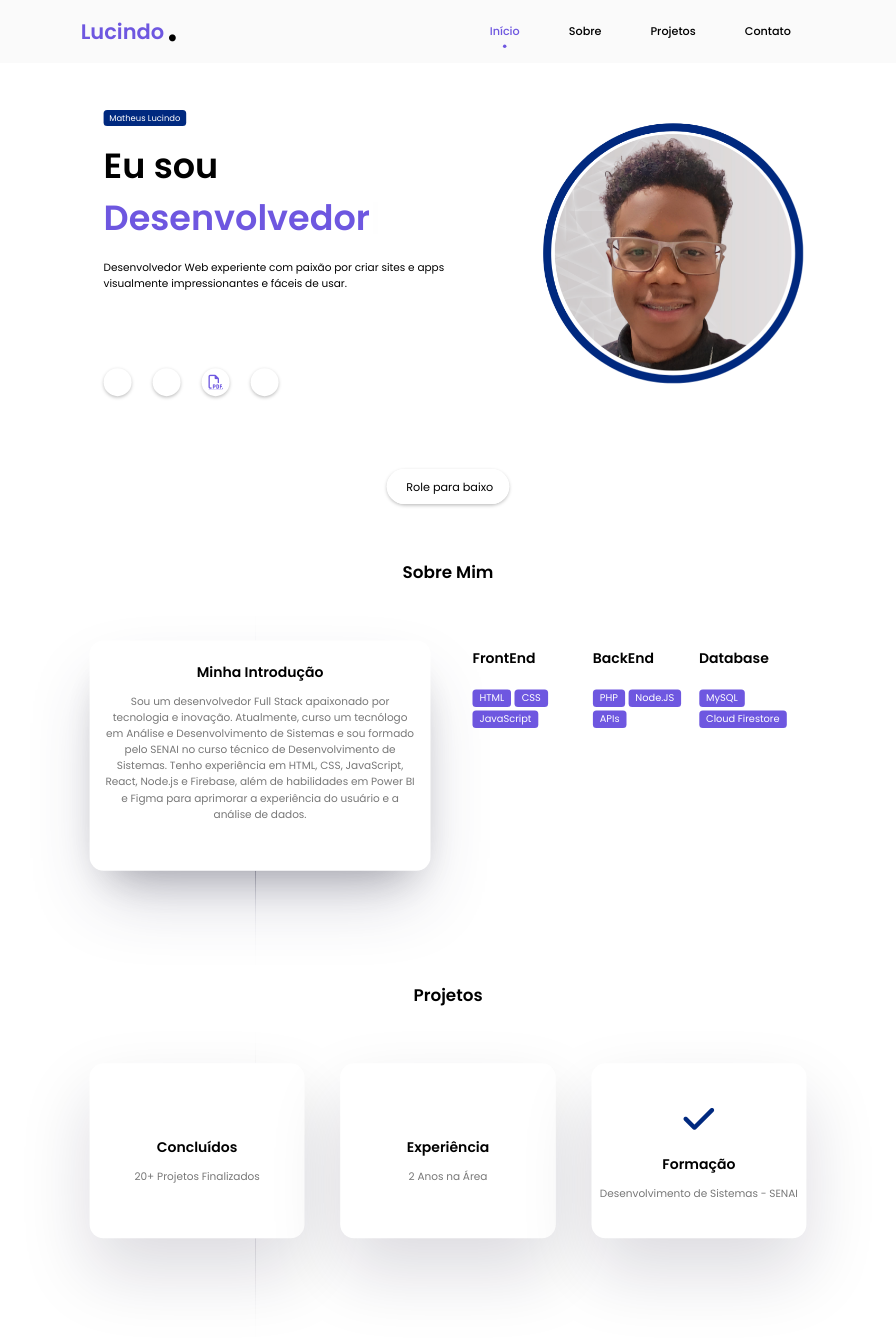
Repository: Matheus904-12/Potif-lioPremium
Page: index.html
The author's editor kept a copy of each file at every save. The page is drawn from the files as they stood at one save, then again after a run of saves.
The browser window is 1280 px wide. The pictures show the part of the page from y = 0 to 1920 px (the page is 2849 px tall), at 70% of full size.
Some icons come from a web library that is not loaded, so they are not drawn. Some web libraries are served in a nearby version.

Above is the page before, as saved 2025-02-02 14:33:49.

### index.html
<!DOCTYPE html>
<html lang="pt-br">

<head>
    <meta charset="UTF-8">
    <meta name="viewport" content="width=device-width, initial-scale=1.0">

    <!-- UNICONS -->
    <link rel="stylesheet" href="https://unicons.iconscout.com/release/v4.0.8/css/line.css">
    <!-- CSS -->
    <link rel="stylesheet" href="/CSS/style.css">
    <!-- Add favicon -->
    <link rel="shortcut icon" href="IMAGE/eu4.png" type="image/x-icon">
    <link rel='stylesheet' href='https://cdn-uicons.flaticon.com/2.6.0/uicons-bold-rounded/css/uicons-bold-rounded.css'>
    <script src="https://kit.fontawesome.com/fd29053194.js" crossorigin="anonymous"></script>

    <title>Portfolio | Matheus Lucindo</title>
</head>

<body>
    <div class="container">
        <!-- --------------- CABEÇALHO --------------- -->
        <nav id="header">
            <div class="nav-logo">
                <p class="nav-name">Lucindo</p>
                <span>.</span>
            </div>
            <div class="nav-menu" id="myNavMenu">
                <ul class="nav_menu_list">
                    <li class="nav_list">
                        <a href="#home" class="nav-link active-link">Início</a>
                        <div class="circle"></div>
                    </li>
                    <li class="nav_list">
                        <a href="#about" class="nav-link">Sobre</a>
                        <div class="circle"></div>
                    </li>
                    <li class="nav_list">
                        <a href="#projects" class="nav-link">Projetos</a>
                        <div class="circle"></div>
                    </li>
                    <li class="nav_list">
                        <a href="#contact" class="nav-link">Contato</a>
                        <div class="circle"></div>
                    </li>
                </ul>
            </div>
            <div class="nav-menu-btn">
                <i class="fi fi-br-bars-staggered" onclick="myMenuFunction()"></i>
            </div>
        </nav>


        <!-- -------------- PRINCIPAL ---------------- -->
        <main class="wrapper">
            <!-- -------------- DESTAQUE ---------------- -->
            <section class="featured-box" id="home">
                <div class="featured-text">
                    <div class="featured-text-card">
                        <span>Matheus Lucindo</span>
                    </div>
                    <div class="featured-name">
                        <p>Eu sou <span class="typedText"></span></p>
                    </div>
                    <div class="featured-text-info">
                        <p>Desenvolvedor Web experiente com paixão por criar sites e apps visualmente
                            impressionantes e fáceis de usar.
                        </p>
                    </div>
                    <div class="social_icons">
                        <a href="https://www.instagram.com/matheus_lucindo/" target="_blank" class="icon"><i
                                class="uil uil-instagram"></i></a>
                        <a href="https://www.linkedin.com/in/matheus-lucindo-b35b68190/" target="_blank" class="icon"><i
                                class="uil uil-linkedin-alt"></i></a>
                        <a href="/PDF/CV de Matheus Lucindo dos Santos.pdf"
                            download="Currículo de Matheus Lucindo dos Santos.pdf" class="icon"
                            title="Baixar Currículo">
                            <i class="fa-regular fa-file-pdf" style="color: #6e57e0;"></i></a>
                        <a href="https://github.com/Matheus904-12" target="_blank" class="icon"><i
                                class="uil uil-github-alt"></i></a>

                    </div>
                </div>
                <div class="featured-image">
                    <div class="image">
                        <img src="/IMAGE/eu.png" alt="avatar">
                    </div>
                </div>
                <div class="scroll-icon-box">
                    <a href="#about" class="scroll-btn">
                        <i class="uil uil-mouse-alt"></i>
                        <p>Role para baixo</p>
                    </a>
                </div>

            </section>
            <!-- -------------- SOBRE ---------------- -->
            <section class="section" id="about">
                <div class="top-header">
                    <h1>Sobre Mim</h1>
                </div>
                <div class="row">
                    <div class="col">
                        <div class="about-info">
                            <h3>Minha Introdução</h3>
                            <p>
                            <p>Sou um desenvolvedor Full Stack apaixonado por tecnologia e inovação. Atualmente, curso
                                um tecnólogo em Análise e Desenvolvimento de Sistemas e sou formado pelo SENAI no curso
                                técnico de Desenvolvimento de Sistemas. Tenho experiência em HTML, CSS, JavaScript,
                                React, Node.js e Firebase, além de habilidades em Power BI e Figma para aprimorar a
                                experiência do usuário e a análise de dados.</p>
                            </p>

                        </div>
                    </div>
                    <div class="col">
                        <div class="skills-box">
                            <div class="skills-header">
                                <h3>FrontEnd</h3>
                            </div>
                            <div class="skills-list">
                                <span>HTML</span>
                                <span>CSS</span>
                                <span>JavaScript</span>
                            </div>
                        </div>
                        <div class="skills-box">
                            <div class="skills-header">
                                <h3>BackEnd</h3>
                            </div>
                            <div class="skills-list">
                                <span>PHP</span>
                                <span>Node.JS</span>
                                <span>APIs</span>
                            </div>
                        </div>
                        <div class="skills-box">
                            <div class="skills-header">
                                <h3>Database</h3>
                            </div>
                            <div class="skills-list">
                                <span>MySQL</span>
                                <span>Cloud Firestore</span>
                            </div>
                        </div>
                    </div>
                </div>
            </section>

            <!-- -------------- PROJETOS ---------------- -->

            <section class="section" id="projects">
                <div class="top-header">
                    <h1>Projetos</h1>
                </div>
                <div class="project-container">
                    <div class="project-box">
                        <i class="uil uil-briefcase-alt"></i>
                        <h3>Concluídos</h3>
                        <label>20+ Projetos Finalizados</label>
                    </div>
                    <div class="project-box">
                        <i class="uil uil-award"></i>
                        <h3>Experiência</h3>
                        <label>2 Anos na Área</label>
                    </div>
                    <div class="project-box">
                        <i class="fa-solid fa-check"></i>
                        <h3>Formação</h3>
                        <label>Desenvolvimento de Sistemas - SENAI</label>
                    </div>
                </div>
            </section>

            <!-- -------------- CONTATO ---------------- -->

            <section class="section" id="contact">
                <div class="top-header">
                    <h1>Fale Comigo</h1>
                    <span>Tem um projeto em mente? Entre em contato comigo aqui</span>
                </div>
                <div class="row">
                    <div class="col">
                        <div class="contact-info">
                            <h2>Me Encontre <i class="uil uil-corner-right-down"></i></h2>
                            <p><i class="uil uil-envelope"></i> Email: matheuslucindo904@gmail.com</p>
                            <p><i class="uil uil-phone"></i> +55 11 97166-6817</p>
                        </div>
                    </div>
                    <div class="col">
                        <div class="form-control">
                            <form id="contactForm" action="https://api.web3forms.com/submit" method="POST">
                                <!-- Web3Forms Access Key -->
                                <input type="hidden" name="access_key" value="6fcc2d3d-5e0e-45d1-8796-744e52a1c64b" />
                                <!-- Redirecionamento desabilitado -->
                                <input type="hidden" name="redirect" value="">

                                <div class="form-inputs">
                                    <input type="text" name="name" class="input-field" placeholder="Nome" required />
                                    <input type="email" name="email" class="input-field" placeholder="Email" required />
                                </div>
                                <div class="text-area">
                                    <textarea name="message" placeholder="Mensagem" required></textarea>
                                </div>
                                <div class="form-button">
                                    <button type="submit" class="btn" id="submitButton">
                                        Enviar <i class="uil uil-message"></i>
                                    </button>
                                </div>
                                <p id="responseMessage" class="hidden"></p>
                            </form>
                        </div>
                    </div>
                </div>
            </section>


        </main>


        <!-- --------------- RODAPÉ --------------- -->
        <footer>
            <div class="top-footer">
                <p>Matheus Lucindo.</p>
            </div>
            <div class="middle-footer">
                <ul class="footer-menu">
                    <li class="footer_menu_list">
                        <a href="#home">Início</a>
                    </li>
                    <li class="footer_menu_list">
                        <a href="#about">Sobre</a>
                    </li>
                    <li class="footer_menu_list">
                        <a href="#projects">Projetos</a>
                    </li>
                    <li class="footer_menu_list">
                        <a href="#contact">Contato</a>
                    </li>
                </ul>
            </div>
            <div class="footer-social-icons">
                <div class="icon"><a href="https://www.instagram.com/matheus_lucindo/" target="_blank"><i
                            class="uil uil-instagram"></i></a></div>
                <div class="icon"><a href="https://www.linkedin.com/in/matheus-lucindo-b35b68190/" target="_blank"><i
                            class="uil uil-linkedin-alt"></i></a></div>
                <div class="icon"><a href="/PDF/CV de Matheus Lucindo dos Santos.pdf"
                        download="Currículo de Matheus Lucindo dos Santos.pdf" title="Baixar Currículo">
                        <i class="fa-regular fa-file-pdf" style="color: #493f7c;"></i></a></div>
                <div class="icon"><a href="https://github.com/Matheus904-12" target="_blank"><i
                            class="uil uil-github-alt"></i></a></div>

            </div>
            <div class="bottom-footer">
                <p>Direitos Autorais &copy; <a href="#home" style="text-decoration: none;">Matheus Lucindo</a> - Todos
                    os direitos
                    reservados
                </p>
            </div>
        </footer>

    </div>

    <!-- ----- TYPING JS Link ----- -->
    <script src="https://unpkg.com/typed.js@2.0.16/dist/typed.umd.js"></script>

    <!-- ----- SCROLL REVEAL JS Link ----- -->
    <script src="https://unpkg.com/scrollreveal"></script>

    <!-- ----- JS ----- -->
    <script src="/JS/script.js"></script>
    <script src="/JS/enviar.js"></script>
</body>

</html>

Loaded but not shown: JS/script.js (117 lines, source omitted); JS/enviar.js (39 lines, source omitted); CSS/style.css (839 lines, source omitted)

After the next 2 saves:
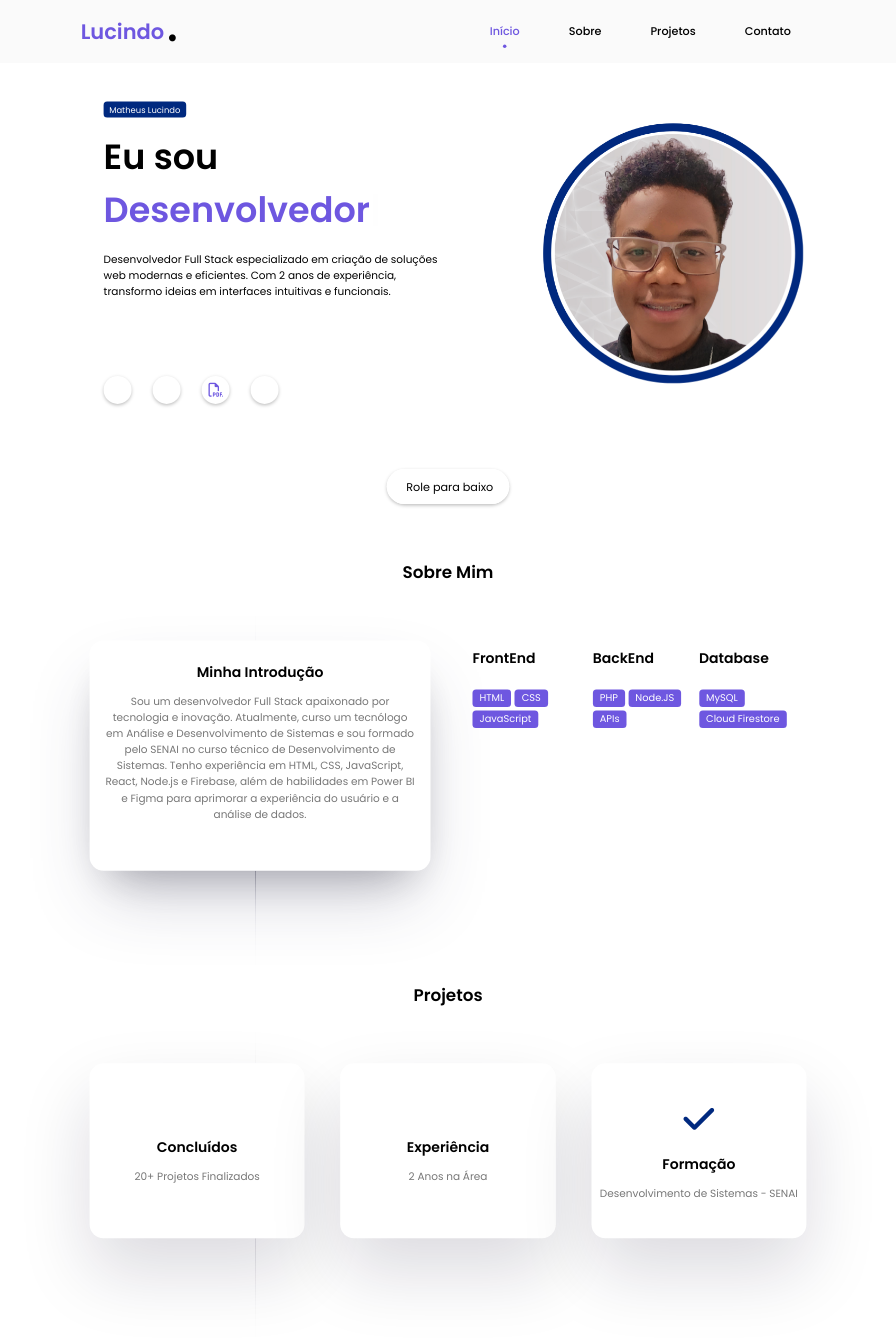
The 2 saves are shown as one change because they came seconds apart.
The last was saved 3 min 45 s later.
--- a/index.html
+++ b/index.html
@@ -63,8 +63,8 @@
                         <p>Eu sou <span class="typedText"></span></p>
                     </div>
                     <div class="featured-text-info">
-                        <p>Desenvolvedor Web experiente com paixão por criar sites e apps visualmente
-                            impressionantes e fáceis de usar.
+                        <p>Desenvolvedor Full Stack especializado em criação de soluções web modernas e eficientes. Com
+                            2 anos de experiência, transformo ideias em interfaces intuitivas e funcionais.
                         </p>
                     </div>
                     <div class="social_icons">
